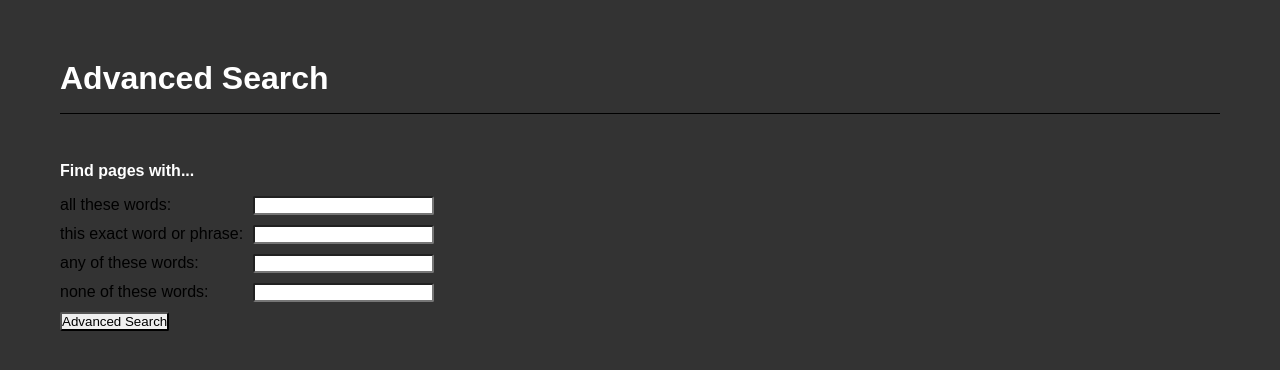
Repository: etentuk/search
Page: advanced_search.html
The author's editor kept a copy of each file at every save. The page is drawn from the files as they stood at one save, then again after the next save.
The browser window is 1280 px wide. The pictures show the whole page.

Above is the page before, as saved 2021-11-04 23:16:23.

### advanced_search.html
<!DOCTYPE html>
<html lang="en">

<head>
    <title>Advanced Search</title>
    <link rel="stylesheet" href="styles.css">
</head>

<body>

    <div id="container">
        <div id="title">
            <h1>Advanced Search</h1>
        </div>
        <h4>Find pages with...</h4>
        <form action="https://google.com/search" class="form-example">
            <div style="display: table-row;">
                <div class="form-example">
                    <label for="as_q">all these words: </label>
                    <input type="text" id="as_q" name="as_q">
                </div>
                <div class="form-example">
                    <label for="as_epq">this exact word or phrase: </label>
                    <input type="text" id="as_epq" name="as_epq">
                </div>
                <div class="form-example">
                    <label for="as_oq">any of these words: </label>
                    <input type="text" id="as_oq" name="as_oq">
                </div>
                <div class="form-example">
                    <label for="as_eq">none of these words: </label>
                    <input type="text" id="as_eq" name="as_eq">
                </div>
            </div>
            <input type="submit" value="Advanced Search">
        </form>
    </div>
</body>

</html>

### styles.css
* {
  margin: 0;
  padding: 0;
  box-sizing: border-box;
}

form.form-example {
  display: table;
}

div.form-example {
  display: table-row;
}

label,
input {
  display: table-cell;
  margin-bottom: 10px;
}

label {
  padding-right: 10px;
}

#title {
  border-bottom: 1px solid black;
  padding-bottom: 1rem;
  color: #fff;
  /* border-width: 10px; */
}

#container {
  font-family: Arial, Helvetica, sans-serif;
  background-color: rgba(0, 0, 0, 0.8);
  min-height: 100vh;
  padding: 60px;
}

#container h4 {
  padding: 3rem 0 1rem 0;
  color: #fff;
}

input {
    background-color: none;
    border-radius: 2px;
    border
}

After the next save:
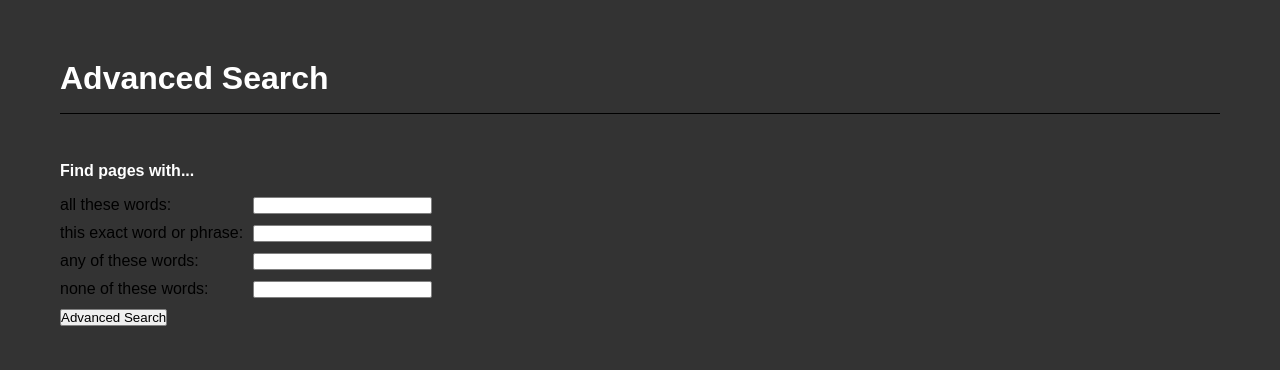
Saved 18 s later.
--- a/styles.css
+++ b/styles.css
@@ -42,7 +42,7 @@ label {
 }
 
 input {
-    background-color: none;
-    border-radius: 2px;
-    border
+  background-color: none;
+  border-radius: 2px;
+  border: 1px solid grey;
 }
